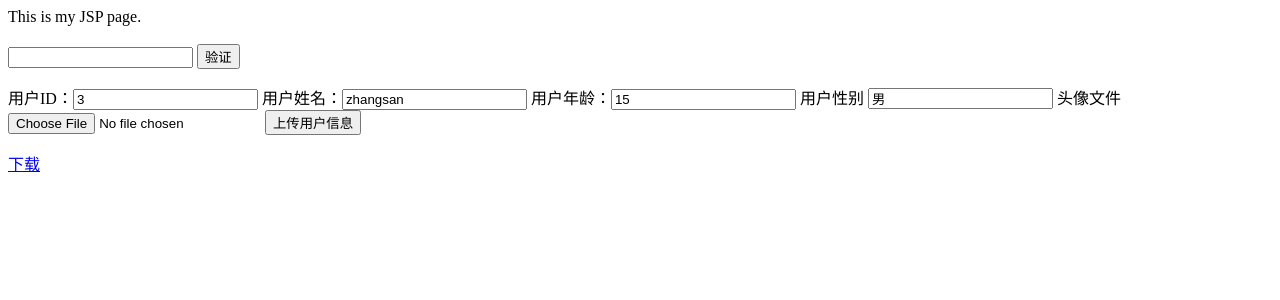
Repository: ruanhuabin/IntelliEyeShade
Page: http://localhost/IntelliEyeShade/users/users_verify.jsp
The author's editor kept a copy of each file at every save. The page is drawn from the files as they stood at one save, then again after the next save.
The browser window is 1280 px wide. The pictures show the whole page.
The page is served by Tomcat 9. Nobody is signed in. The application's start-up code is not run.

Above is the page before, as saved 2016-12-14 07:46:58.

After the next save:
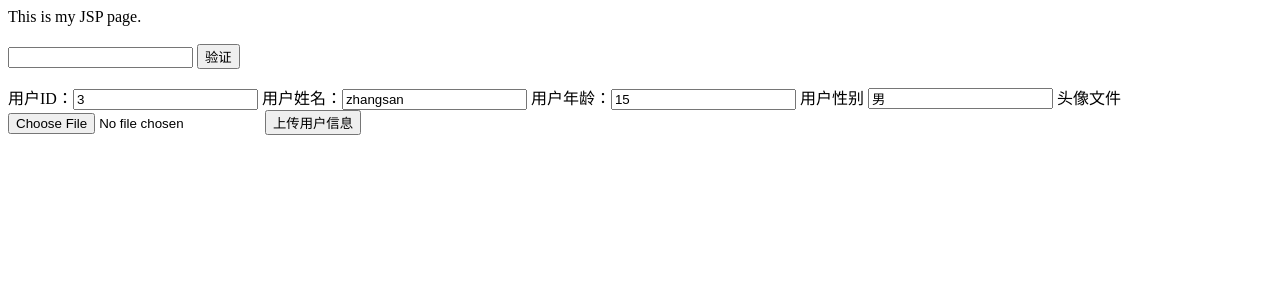
Saved 10 min 57 s later.
--- a/IntelliEyeShade/WebRoot/users/users_verify.jsp
+++ b/IntelliEyeShade/WebRoot/users/users_verify.jsp
@@ -44,6 +44,6 @@ String basePath = request.getScheme()+"://"+request.getServerName()+":"+request.
 
 
 
- <a href="<%=path%>/users/Download_.action?f=7.py">下载</a>
+
   </body>
 </html>
